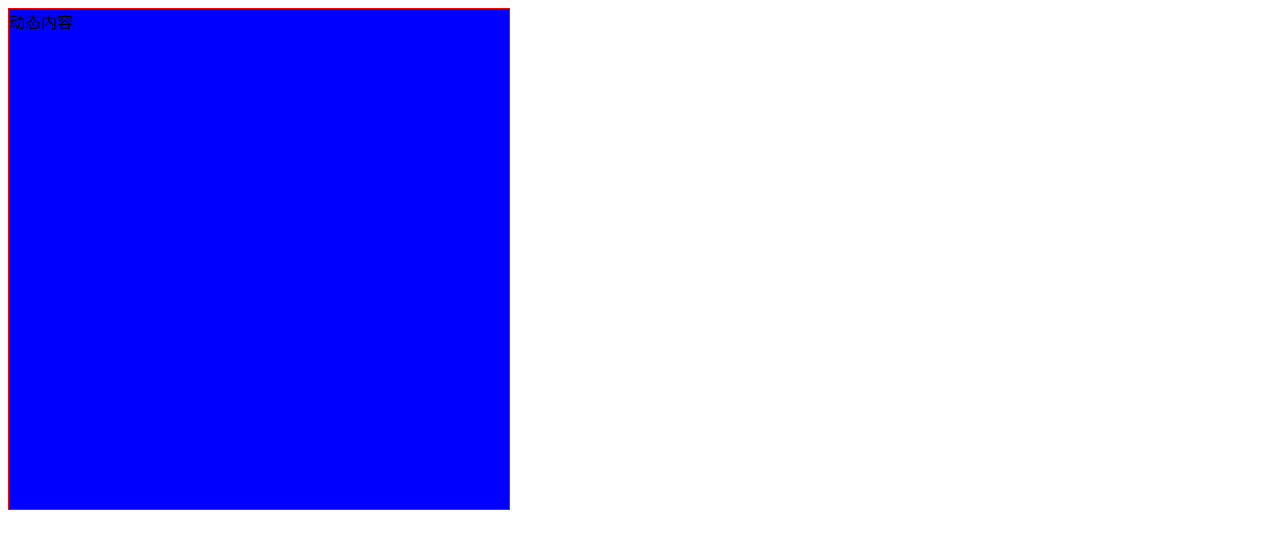
Repository: chenguocan/AJAX_1
Page: public/3.html
An editor plug-in stored every save of this project. The page is shown before and after the next save, followed by the edit.
The browser window is 1280 px wide. The pictures show the whole page.

Above is the page before, as saved 2020-08-13 15:34:15.

### public/3.html
<div style="border:1px solid red;width: 500px;height: 500px; background:blue">
    动态内容</div>

After the next save:
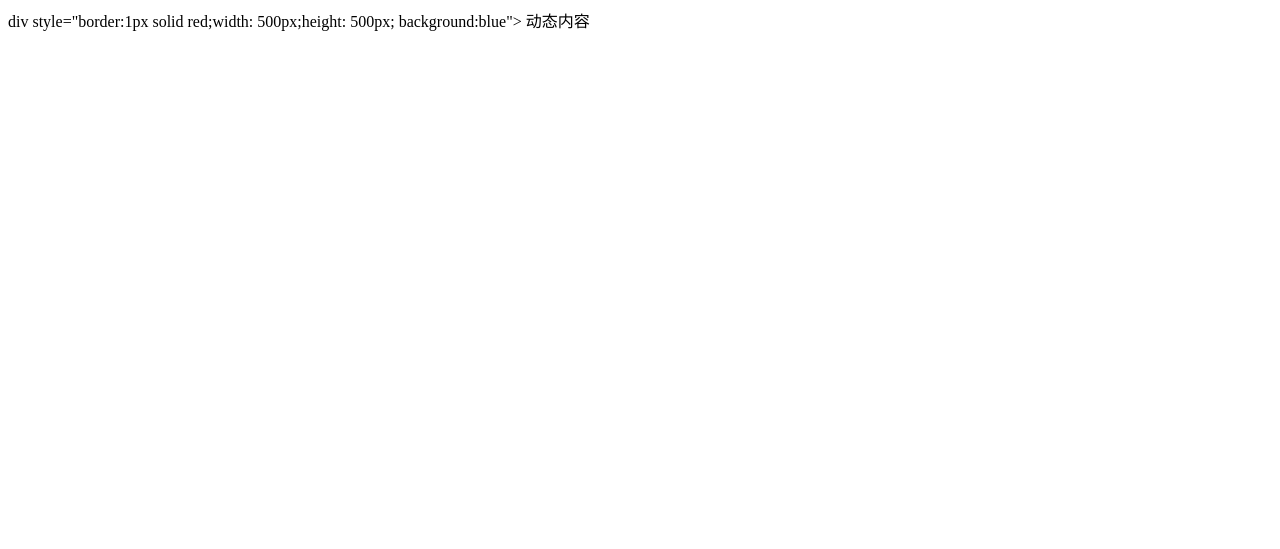
Saved 28 s later.
--- a/public/3.html
+++ b/public/3.html
@@ -1,2 +1,2 @@
-<div style="border:1px solid red;width: 500px;height: 500px; background:blue">
-    动态内容</div>
+div style="border:1px solid red;width: 500px;height: 500px; background:blue">
+动态内容</div>

After the save that followed:
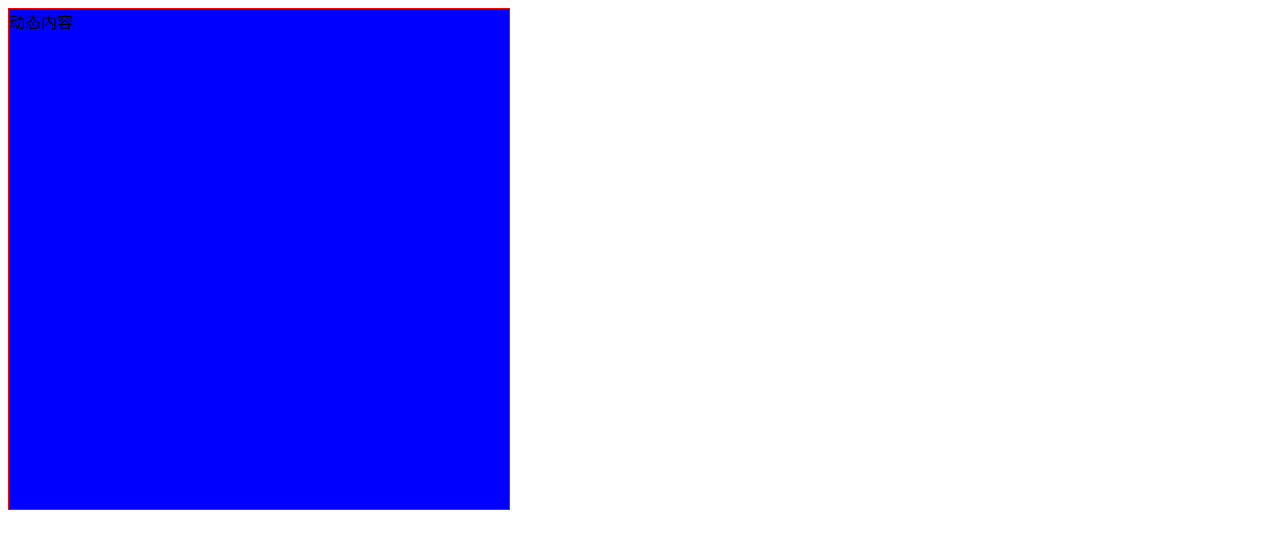
Saved 8 s later.
--- a/public/3.html
+++ b/public/3.html
@@ -1,2 +1,2 @@
-div style="border:1px solid red;width: 500px;height: 500px; background:blue">
-动态内容</div>
+<div style="border:1px solid red;width: 500px;height: 500px; background:blue">
+    动态内容</div>
